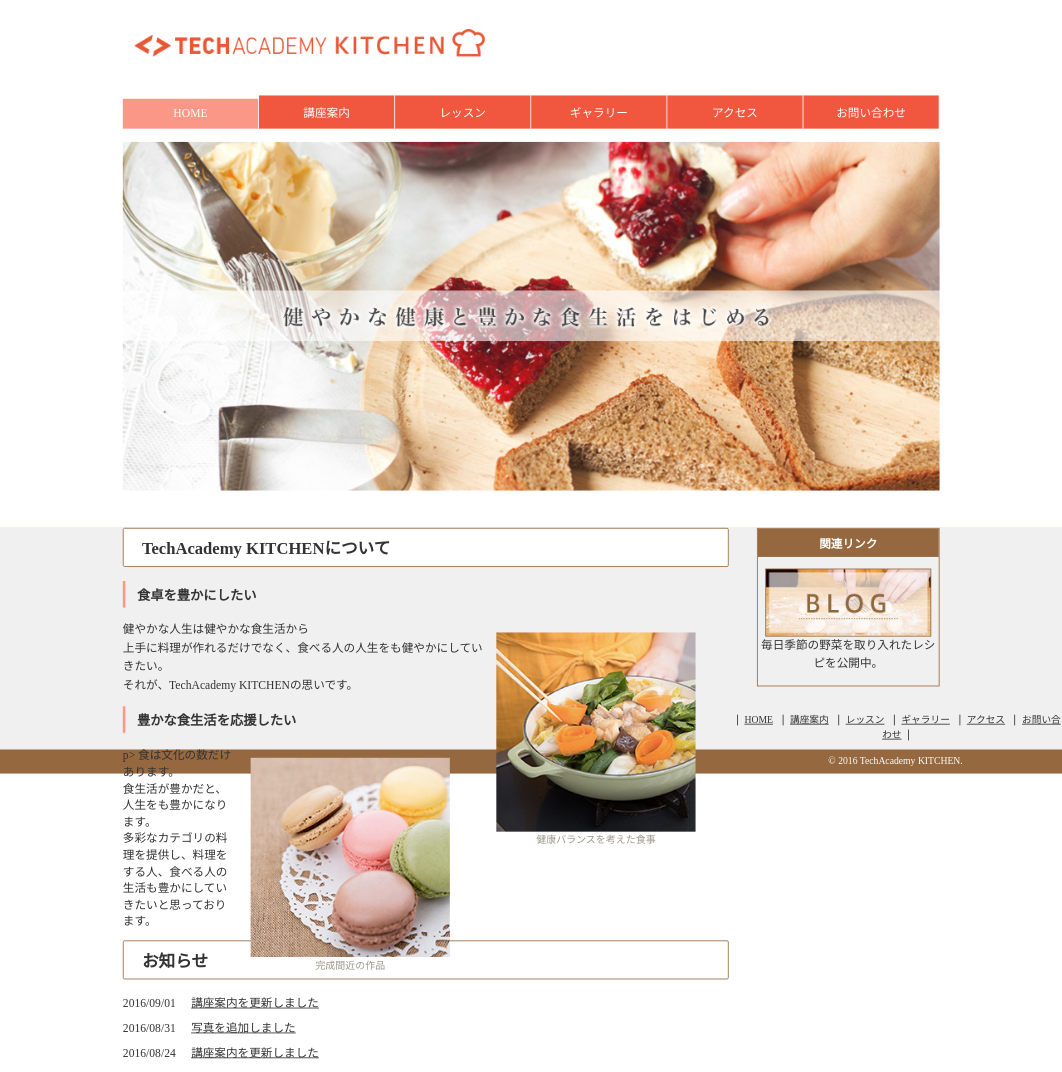
Repository: okugo/kadai-tasklist
Page: kitchen.html
The author's editor kept a record of every edit. The page is drawn from the files as they stood at one moment, then again after the next edit.
The browser window is 1280 px wide. The pictures show the whole page, at 83% of full size.

Above is the page before.

### kitchen.html
<!DOCTYPE html>
<html lang="ja">
    <head>
        <meta charset="UTF-8">
        <title>TechAcademy KITCHEN</title>
        <link rel="stylesheet" href="kitchen.css">
    </head>
    <body>
        <!--ここからヘッダー-->
        <header>
            <h1>
                <a href="kitchin.html"><img src="images_kitchen/logo.png" alt="TechAcademy KITCHEN"></a>
            </h1>
            <nav id="global_navi">
                <ul>
                    <li class="current"><a href="kitchen.html">HOME</a></li><li><a href="course.html">講座案内</a></li><li><a href="lesson.html">レッスン</a></li><li><a href="gallery.html">ギャラリー</a></li><li><a href="access.html">アクセス</a></li><li><a href="contact.html">お問い合わせ</a></li>
                </ul>
            </nav>
        </header>
        <!--ヘッダーここまで-->
        <!--ここからメインビジュアル画像-->
        <div id="main_visual">
            <img src="images_kitchen/main_visual.jpg" alt="健やかな健康と豊かな食生活をはじめる">
        </div>
        <!--メインビジュアル画像ここまで-->
        <!--ここからwrapperー-->
        <div id="wrapper">
            <!--ここからメイン-->
            <div id="main">
                <section id="point">
                    <h2>TechAcademy KITCHENについて</h2>
                    <section>
                        <h3>食卓を豊かにしたい</h3>
                        <figure>
                            <img src="images_kitchen/photo01.jpg" alt="TechAcademy KITCHENについて1">
                            <figcaption>健康バランスを考えた食事</figcaption>
                        </figure>
                        <p>
                            健やかな人生は健やかな食生活から<br>
                            上手に料理が作れるだけでなく、食べる人の人生をも健やかにしていきたい。<br>
                            それが、TechAcademy KITCHENの思いです。
                        </p>
                    </section>
                    <section>
                        <h3>豊かな食生活を応援したい</h3>
                        <figure>
                            <img src="images_kitchen/photo02.jpg" alt="TechAcademy KITCHENについて2">
                            <figcaption>完成間近の作品</figcaption>
                        </figure>
                        p>
                            食は文化の数だけあります。<br>
                            食生活が豊かだと、人生をも豊かになります。 <br>
                            多彩なカテゴリの料理を提供し、料理をする人、食べる人の生活も豊かにしていきたいと思っております。
                        </p>
                    </section>
                </section>
                <section id="news">
                    <h2>お知らせ</h2>
                    <ul>
                        <li>
                            <span>2016/09/01</span>
                            <a href="course.html">講座案内を更新しました</a>
                        </li>
                        <li>
                            <span>2016/08/31</span>
                            <a href="gallery.html">写真を追加しました</a>
                        </li>
                        <li>
                            <span>2016/08/24</span>
                            <a href="course.html">講座案内を更新しました</a>
                        </li>
                    </ul>
                </section>
            </div>
            <!--メインここまで-->
            <!--ここからサイド-->
            <aside id="sidebar">
                <section id="side_banner">
                    <h2>関連リンク</h2>
                    <ul>
                        <li>
                            <a href="https://techacademy.jp/magazine/" target="_blank"><img src="images_kitchen/banner01.jpg" alt="ブログ"></a>
                            <p>毎日季節の野菜を取り入れたレシピを公開中。</p>
                        </li>
                    </ul>
                </section>
            </aside>
            <!--サイドここまで-->
        </div>
        <!--wrapperここまで-->
        <!--ここからフッター-->
        <footer>
            <div id="footer_navi">
                <ul>
                    <li><a href="kitchen.html">HOME</a></li>
                    <li><a href="course.html">講座案内</a></li>
                    <li><a href="lesson.html">レッスン</a></li>
                    <li><a href="gallery.html">ギャラリー</a></li>
                    <li><a href="access.html">アクセス</a></li>
                    <li><a href="contact.html">お問い合わせ</a></li>
                </ul>
            </div>
            <small>&copy; 2016 TechAcademy KITCHEN.</small>
        </footer>
        <!--フッターここまで-->
    </body>
</html>

### kitchen.css
@charset "UTF-8";
body {
    margin: 0;
    padding: 0;
    color: #333;
    font-size: 14px;
}
a {
    color: #333;
}
a:visited {
    color: #333;
}
a:hover {
    color: #333;
    font-weight: 700;
    text-decoration: none;
}
h1,h2,h3,h4,h5,h6 {
    margin-top: 0;
}
p {
    margin-top: 0;
    line-height: 1.6;
}
img {
    vertical-align: bottom;
}
#main h2 {
    background: #fff;
    font-size: 20px;
    padding: 8px 22px;
    border-radius: 2px;
    border: 1px solid #956840;
}
#main h3 {
    font-size: 16px;
    border-left: solid 3px #fa9786;
    padding: 4px 9px 4px 14px;
}
header {
    width: 984px;
    margin: 0 auto;
}
header h1 {
    margin: 5px 0 10px;
}
#global_navi {
    margin-bottom: 16px;
}
#global_navi ul {
    font-size: 0;
    list-style: none;
    margin: 0;
    padding: 0;
}
#global_navi ul li {
    font-size: 14px;
    display: inline-block;
    width: 163px;
    margin-right: 1px;
    text-align: center;
}
#global_navi ul li a {
    display: block;
    padding: 10px 16px;
    background-color: #f0573e;
    color: #fff;
    text-decoration: none;
    transition: background-color .2s linear;
}
#global_navi ul li.current a {
    background-color: #fa9786;
}
#global_navi ul li a:hover {
    background-color: #fa9786;
}
#main_visual {
    width: 984px;
    height: 440px;
    margin: 0 auto 25px;
}
#wrapper {
    width: 984px;
    margin: 0 auto;
}
#main {
    width: 730px;
    float: left;
}
#sidebar {
    width: 220px;
    float: right;
}
.clearfix::after {
    content: '';
    display: block;
    clear: both;
}
#point figure {
    float: right;
    margin-left: 16px;
}
#point figcaption {
    font-size: 12px;
    color: #9C9689;
    text-align: center;
}
#news ul {
    list-style: none;
    padding: 0;
}
#news li {
    margin-bottom: 10px;
}
#news li a {
    margin-left: 15px;
}
#side_banner ul {
    list-style: none;
    padding: 0;
}
#side_banner {
    margin-bottom: 30px;
    border: 1px solid #956840;
    text-align: center;
}
#side_banner h2 {
    background-color: #956840;
    color: #fff;
    padding: 7px;
    font-size: 14px;
    text-align: center;
}
footer #footer_navi ul {
    list-style: none;
    margin: 0;
    padding: 0;
    text-align: center;
}
footer {
    background-color: #956840;
    text-align: center;
}
footer #footer_navi {
    background-color: #f0f0f0;
    padding: 10px 0;
}

footer #footer_navi li {
    display: inline;
    border-left: solid 1px #333;
    margin-left: 8px;
    padding-left: 8px;
    font-size: smaller;
}
footer #footer_navi li:last-child {
  border-right: solid 1px #333;
  padding: 0 8px;
}
footer small {
    display: inline-block;
    padding: 8px 0;
    color: #fff;
}

After the next edit:
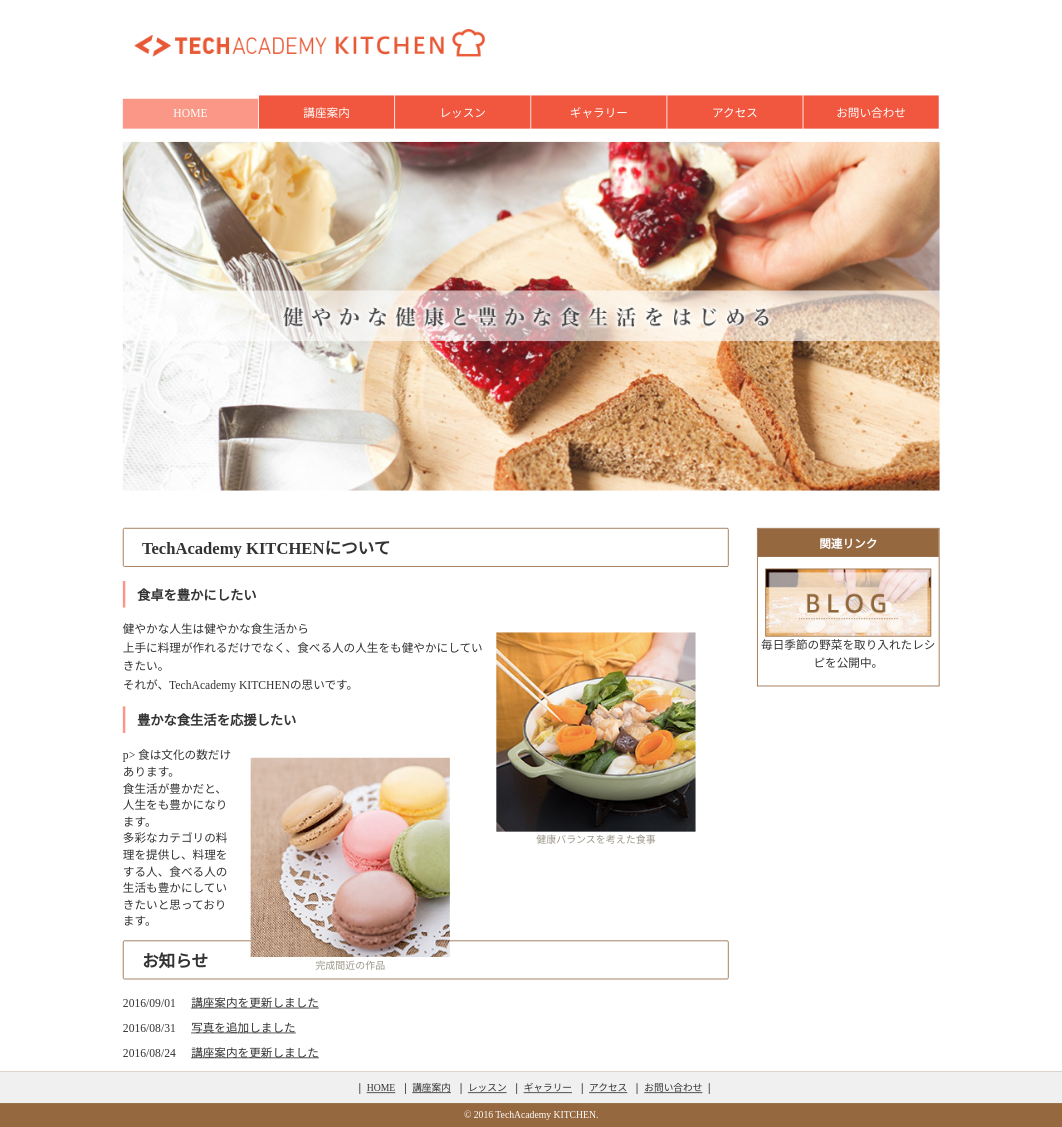
The edit:
--- a/kitchen.html
+++ b/kitchen.html
@@ -24,7 +24,7 @@
         </div>
         <!--メインビジュアル画像ここまで-->
         <!--ここからwrapperー-->
-        <div id="wrapper">
+        <div id="wrapper" class="clearfix">
             <!--ここからメイン-->
             <div id="main">
                 <section id="point">
